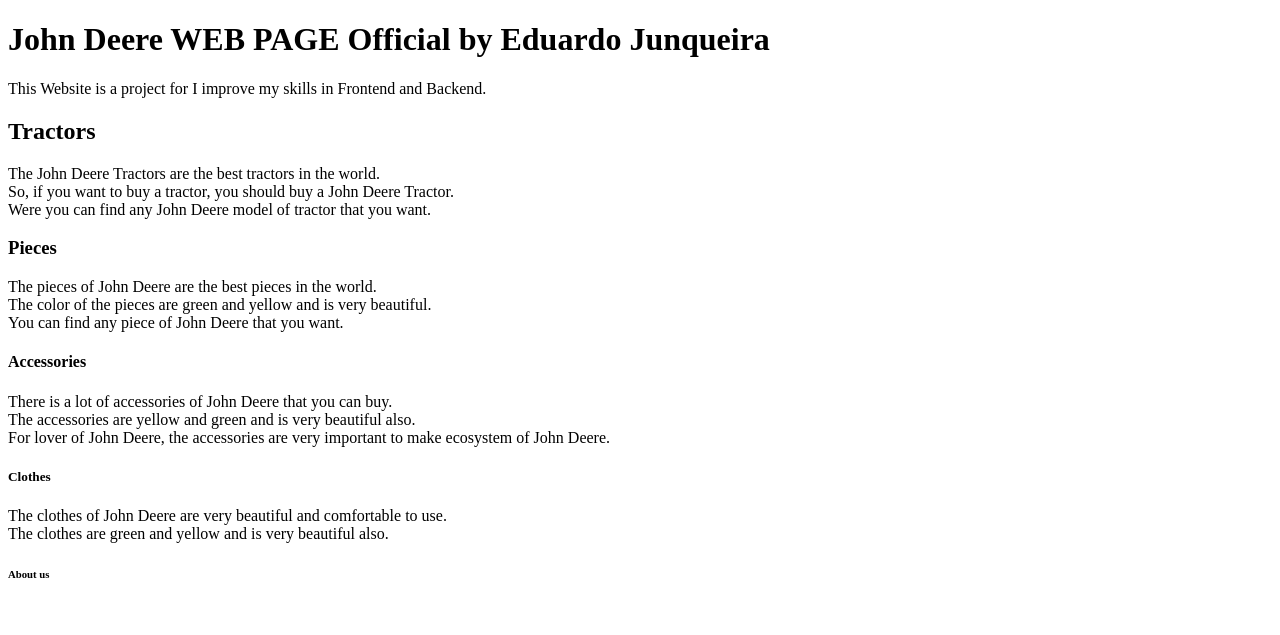
Repository: EduardoJunqueira2004/WEBJohnDeere
Page: index.html
An editor plug-in stored every save of this project. The page is shown before and after the next save, followed by the edit.
The browser window is 1280 px wide. The pictures show the whole page.

Above is the page before, as saved 2024-12-05 11:03:25.

### index.html
<!DOCTYPE html>
<html lang="en">
<head>
    <meta charset="UTF-8">
    <meta name="viewport" content="width=device-width, initial-scale=1.0">
    <title>Index.html</title>
</head>
<body>
    <!--heder1-->
    <h1>John Deere WEB PAGE Official by Eduardo Junqueira</h1>
    <p>
        This Website is a project for I improve my skills in Frontend and Backend.
    </p>
    <!--heder2-->
    <h2>Tractors</h2>
    <p>
        The John Deere Tractors are the best tractors in the world.<br>
        So, if you want to buy a tractor, you should buy a John Deere Tractor.<br>
        Were you can find any John Deere  model of tractor that you want.
    </p>
    <!--heder3-->
    <h3>Pieces</h3>
    <p>
        The pieces of John Deere are the best pieces in the world.<br>
        The color of the pieces are green and yellow and is very beautiful.<br>
        You can find any piece of John Deere that you want.
    </p>
    <!--heder4-->
    <h4>Accessories</h4>
    <p>
        There is a lot of accessories of John Deere that you can buy.<br>
        The accessories are yellow and green and is very beautiful also.<br>
        For lover of John Deere, the accessories are very important to make ecosystem of John Deere.
    </p>
    <!--heder5-->
    <h5>Clothes</h5>
    <p>
        The clothes of John Deere are very beautiful and comfortable to use.<br>
        The clothes are green and yellow and is very beautiful also.<br>

    </p>
    <!--heder6-->
    <h6>About us</h6>

</body>
</html>

After the next save:
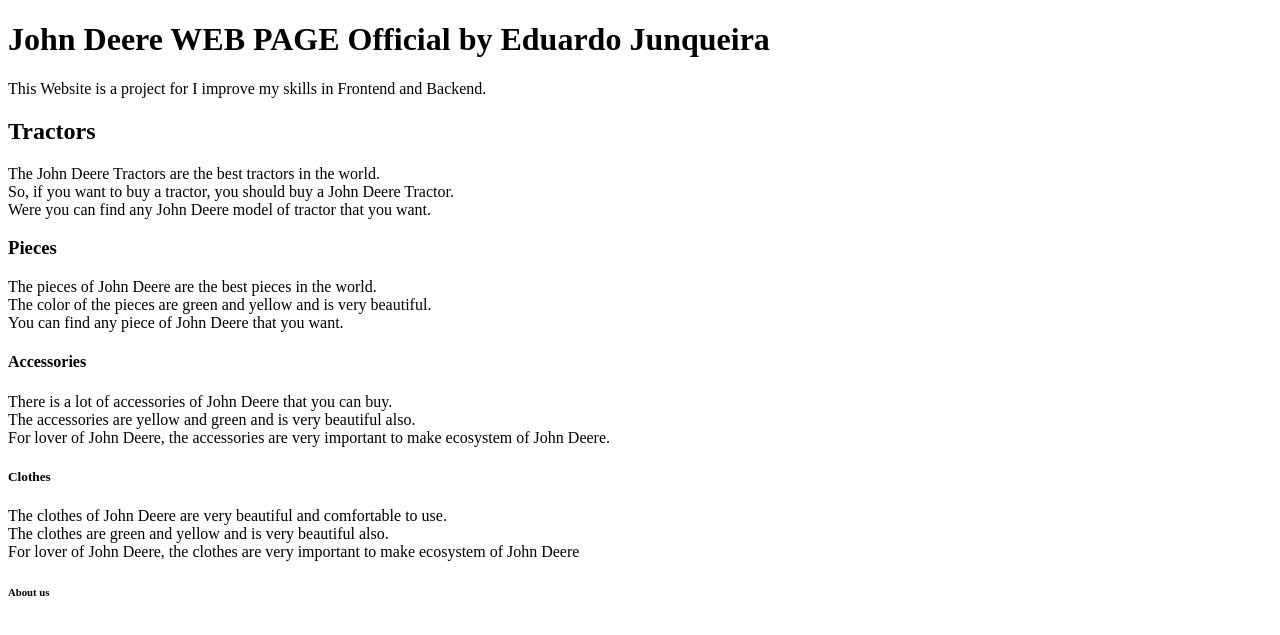
Saved 4 s later.
--- a/index.html
+++ b/index.html
@@ -37,7 +37,7 @@
     <p>
         The clothes of John Deere are very beautiful and comfortable to use.<br>
         The clothes are green and yellow and is very beautiful also.<br>
-
+        For lover of John Deere, the clothes are very important to make ecosystem of John Deere
     </p>
     <!--heder6-->
     <h6>About us</h6>
